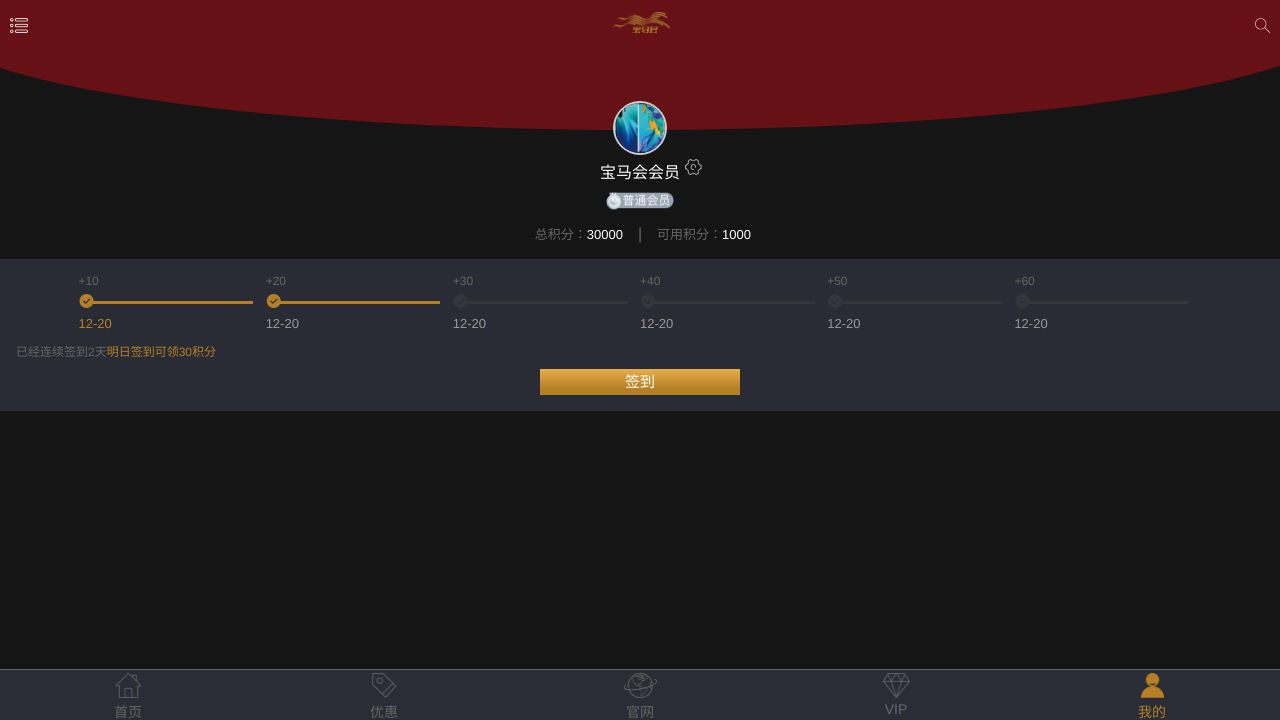
Repository: ada6688/IntegralMall
Page: /Member
These files come from the project's save history. The page is drawn as it stood at one moment and after the next save; the edit follows.
The browser window is 1280 px wide. The pictures show the whole page.
The project was rebuilt for these pictures with package versions that can differ from the ones it lists, and the page was loaded fresh each time. Also part of the build but not shown: src/components/page/notice.vue, src/components/page/shouye.vue, src/components/page/Vip.vue, src/components/page/Youhui.vue, src/router/index.js.

Above is the page before, as saved 2020-01-04 16:18:44.

### index.html
<!DOCTYPE html>
<html>
  <head>
    <meta charset="utf-8">
    <meta name="viewport" content="width=device-width,initial-scale=1.0">
    <title>integralmall</title>
  </head>
  <body>
    <div id="app"></div>
    <!-- built files will be auto injected -->
  </body>
</html>

### src/main.js
// The Vue build version to load with the `import` command
// (runtime-only or standalone) has been set in webpack.base.conf with an alias.
import Vue from 'vue'
import App from './App'
import router from './router'
import ElementUI from 'element-ui'
import 'element-ui/lib/theme-chalk/index.css'
import {Cell, CellGroup, Tabbar, TabbarItem, PullRefresh, Stepper, Tab, Tabs, Button, Row, Col, Swipe, SwipeItem, Lazyload, List, Field, NavBar} from 'vant'
import '../src/assets/css/common.css'
import '../src/assets/css/index.css'
import 'swiper/dist/css/swiper.css'
import VueAwesomeSwiper from 'vue-awesome-swiper'
// import BScroll from 'better-scroll'

// Vue.use(BScroll)
Vue.use(VueAwesomeSwiper)
Vue.use(ElementUI)
Vue.use(Cell).use(CellGroup).use(Tabbar).use(TabbarItem).use(Stepper).use(PullRefresh).use(Tab).use(Tabs).use(Field).use(NavBar).use(Button).use(Row).use(Col).use(Swipe).use(SwipeItem).use(Lazyload).use(List)

Vue.config.productionTip = false

/* eslint-disable no-new */
new Vue({
  el: '#app',
  router,
  components: {
    App
  },
  template: '<App/>'
})
router.beforeEach((to, from, next) => {
  let str = '<p>个人中心</p>'
  if (to.meta.title) {
    document.getElementById('top-logo-change').innerHTML = to.meta.title
    if (to.meta.title === str) {
      document.getElementById('top-nav-right').innerHTML = '<img src="/static/topnav/kf.png" alt="搜索">'
    } else {
      document.getElementById('top-nav-right').innerHTML = '<img src="/static/topnav/ss.png" alt="搜索">'
    }
    // document.title = to.meta.title
  }
  next()
})

### src/App.vue
<template>
  <div id="app">
    <TopNav></TopNav>
    <router-view/>
    <BottomNav></BottomNav>
  </div>
</template>

<script>
import BottomNav from '@/components/common/Bottomnav'
import TopNav from '@/components/common/Topnav'
export default {
  name: 'App',
  components: {
    BottomNav,
    TopNav
  }
}
</script>

<style>
#app {
  font-family: 'Avenir', Helvetica, Arial, sans-serif;
  -webkit-font-smoothing: antialiased;
  -moz-osx-font-smoothing: grayscale;
  text-align: center;
  color: #2c3e50;
  background: #151515;
  height: 100vh;
}
</style>

### src/assets/css/common.css
body,p,ul{
  margin: 0;
  padding: 0;
}
li{
  list-style: none;
}
/* 顶部栏 */
.top-nav{
  width: 100%;
  height: 3rem;
  line-height: 3.5rem;
  background-color: #671116;
  position: fixed;
  top: 0;
  z-index: 99;
}
.top-nav-logo{
  color: #B58024;
}
.top-nav > div{
  display: inline-block;
  height: 100%;
}
.top-nav-left{
  float: left;
  margin-left: 10px;
}
.top-nav-right{
  float: right;
  margin-right: 10px;
}
.banner-item > img{
  width: 100%;
}
.swiper-container{
  height: 7.28rem;
}
.top-nav-t{
  color: #B58024;
}
/* 每个一级页面共有class */
.main-wrap{
  margin-top: 3rem;
  margin-bottom: 3.125rem;
  background: #151515;
}
/* 公告 */
.Notice-sign{
  width: 2rem;
  height: 100%;
  background: url('../images/topnav/lb.png') center no-repeat;
  float: left;
  box-shadow: 1px 0px 5px rgba(0,0,0,0.8);
}
.Notice-textBox {
  width: 100%;
  height: 1.3rem;
  line-height: 1.3rem;
  font-size: .5rem;
  color: #999999;
  background: #2A2D36;
  overflow: hidden;
  position: relative;
  text-align: left;
  z-index: 9;
}
.Notice-text {
  width: 100%;
  padding-left: 42px;
  position: absolute;
  bottom: 0;
}
.slide-enter-active, .slide-leave-active {
  transition: all 0.5s linear;
}
.slide-enter{
  transform: translateY(20px) scale(1);
  opacity: 1;
}
.slide-leave-to {
  transform: translateY(-20px) scale(0.8);
  opacity: 0;
}
/* 底部导航 */
.bottom-tab{
  width:100%;
  height:3.125rem;
  background-color:#2A2D36;
  border-top: 1px solid #656666;
  position: fixed;
  left:0px;
  bottom:0px;
}
.tab-item{
  width: 20%;
  float: left;
  align-items:center;
  justify-content:center;
  font-size:14px;
  color:#666;
  z-index: 999;
}
.NavSigh{
    width:33px;
    margin-top:3px;
}
.on{
  color:#b58023;
}

### src/assets/css/index.css
/****************** 首页商品 *****************/
.products-item{
  width: 46.9%;
  height: 100px;
  padding-right: 2.9%;
  border-right: 1px solid #161616;
  border-bottom: 1px solid #161616;
  background: #292C35;
  float: left;
}
.products-item-even{
  width: 46.9%;
  height: 100px;
  border-bottom: 1px solid #161616;
  background: #292C35;
  padding-left: 2.9%;
  float: left;
}
.product-item-text{
  width: 50%;
  height: 70px;
  color: #ffffff;
  margin-top: 15px;
  float: left;
  text-align: left;
}
.product-item-text p{
  height: 43px;
  font-size: 15px;
  margin-bottom: 5px;
  display: -webkit-box;/*作为弹性伸缩盒子模型显示*/
  -webkit-line-clamp: 2; /*显示的行数；如果要设置2行加...则设置为2*/
  overflow: hidden; /*超出的文本隐藏*/
  text-overflow: ellipsis; /* 溢出用省略号*/
  -webkit-box-orient: vertical;
}
.product-item-text span{
  color: #B58024;
  font-size: 13px;
}
.product-item-img{
  width: 12%;
  height: 100px;
  display: table-cell;
  vertical-align: middle;
  /* float: left; */
}
.product-item-img img{
  max-width: 100%;
}
/******************* 优惠 *******************/
.yh-wrap div{
  padding: 1rem 1rem 0 1rem;
}
.yh-wrap img{
  width: 100%;
}
/******************* VIP *******************/
.level-welfare-wrap, .level-require-wrap{
  padding-bottom: 20px;
}
.VipTop-level-sign{
  display: inline-block;
}
.VipTop-level-text{
  position: absolute;
  bottom: -5px;
}
.vip-level-wrap ul li{
  float: left;
  width: 33.33%;
  height: 79px;
}
.vip-level-wrap ul div{
  width: 34px;
  height: 34px;
  border: 1px solid #CCCCCC;
  border-radius: 17px;
  margin-bottom: 9px;
  display: inline-block;
  vertical-align: middle;
}
.vip-level-wrap ul img{
  margin-top: 7px;
}
.vip-level-wrap ul li>p{
  color: #CCCCCC;
  font-size: 13px;
}
.Vip-level-T{
  color: #ffffff;
  font-size: 16px;
  font-weight: bold;
  text-align: left;
  padding: 15px 0 10px 17px;
  background: #2A2C35;
}
.Vip-level-tips{
  color: #F5BF1B;
  font-size: 13px;
  text-align: left;
  padding: 15px 20px 10px 17px;
  background: #2A2C35;
}
.level-rules-wrap{
  color: #CCCCCC;
  font-size: 12px;
  background: #2A2C35;
  text-align: left;
  padding: 15px 17px 16px 17px;
  margin-bottom: 50px;
}
.level-rules-wrap span{
  font-size: 16px;
  color: #ffffff;
  display: inline-block;
  margin-bottom: 9px;
}
.level-rules-wrap p{
  line-height: 24px;
  /* margin-top: 5px; */
}
.level-rules-wrap p:last-child{
  margin-bottom: 10px;
}
/******************* 个人中心 *******************/
.member-half-circle{
  width: 111%;
  height: 31%;
  border-radius: 50%;
  position: fixed;
  top: -13%;
  background: #661115;
  left: -5.8%;
}
.member-wrap{
  width: 100%;
  position: fixed;
  top: 14%;
}
.member-img{

}
.member-img > img{
  width: 7vh;
  height: 7vh;
  border-radius: 100%;
  border: 2px solid #CCCCCC;
}
.member-name{
  color: #ffffff;
  font-size: 16px;
  position: relative;
}
.member-name img{
  position: absolute;
  margin-left: 5px;
  padding-bottom: 5px;
}
.member-level-sign{
  margin: 8px 0 10px 0;
}
.member-integral{
  text-align: center;
}
.member-integral-slice{
  display: inline-block;
  color: #666666;
  margin: 0 15px;
}
.member-integral span{
  font-size: 13px;
  color: #ffffff;
}
.member-integral p{
  font-size: 13px;
  color: #666666;
  display: inline-block;
}
.member-total{
  width: 42%;
  display: inline-block;
  text-align: right;
}
.member-useful{
  width: 42%;
  display: inline-block;
  text-align: left;
}
.member-signIn{
  background: #2A2C35;
  padding: 15px 1rem 1rem 1rem;
  margin-top: 16px;
}
.member-signIn-status-1{
  width: 15%;
  text-align: left;
  display: inline-block;
}
.member-signIn-in{
  color: #666666;
  font-size: 12px;
  margin-bottom: 5px;
}
.member-signIn-date{
  color: #999899;
  font-size: 13px;
  margin-top: 5px;
}
.member-signIn-date-active{
  color: #B58024;
  font-size: 13px;
  margin-top: 5px;
}
.el-icon-success{
  color: #34363D;
}
.member-signIn-line{
  width: 88%;
  height: 3px;
  display: inline-block;
  background: #34363D;
  margin: 0 -34px 3px -6px;
}
.member-signIn-icon-active{
  color: #B58024 !important;
}
.member-signIn-active{
  background: #B58024 !important;
}
.member-signIn-tips{
  font-size: 12px;
  text-align-last: justify;
  margin-top: 10px;
}
.member-signIn-tips p{
  display: inline-block;
}
.member-signIn-tips p:first-child{
  color: #666666;
}
.member-signIn-tips p:last-child{
  color: #B58024;
}
.member-signIn-button{
  width:200px;
  height:26px;
  line-height: 26px;
  color: #ffffff;
  font-size: 15px;
  margin: 0 auto;
  background:linear-gradient(0deg,rgba(181,128,36,1) 26%,rgba(231,174,75,1) 100%);
  margin-top: 10px;
}

### src/components/common/Bottomnav.vue
<template>
  <div class="bottom-tab">
    <div class="tab-item" @click="switchTo('/shouye')">
      <img class="NavSigh" :src="'/shouye' === $route.path ? tabBarImgArr[0].selected : tabBarImgArr[0].normal" alt="首页">
      <p :class="{on: '/shouye' === $route.path}">首页</p>
    </div>
    <div class="tab-item" @click="switchTo('/Youhui')">
      <img class="NavSigh" :src="'/Youhui' === $route.path ? tabBarImgArr[1].selected : tabBarImgArr[1].normal" alt="推荐">
      <p :class="{on: '/Youhui' === $route.path}">优惠</p>
    </div>
    <div class="tab-item">
      <img class="NavSigh" :src="'/' === $route.path ? tabBarImgArr[2].selected : tabBarImgArr[2].normal" alt="搜索">
      <p :class="{on: '/' === $route.path}">官网</p>
    </div>
    <div class="tab-item" @click="switchTo('/Vip')">
      <img class="NavSigh" :src="'/Vip' === $route.path ? tabBarImgArr[3].selected : tabBarImgArr[3].normal" alt="聊天">
      <p :class="{on: '/Vip' === $route.path}">VIP</p>
    </div>
    <div class="tab-item" @click="switchTo('/Member')">
      <img class="NavSigh" :src="'/Member' === $route.path ? tabBarImgArr[4].selected : tabBarImgArr[4].normal" alt="我的">
      <p :class="{on: '/Member' === $route.path}">我的</p>
    </div>
  </div>
</template>
<script>
export default {
  data () {
    return {
      tabBarImgArr: [
        {normal: require('../../assets/images/navLogo/sy_x.png'), selected: require('../../assets/images/navLogo/sy.png')},
        {normal: require('../../assets/images/navLogo/yh_x.png'), selected: require('../../assets/images/navLogo/yh.png')},
        {normal: require('../../assets/images/navLogo/gw_x.png'), selected: require('../../assets/images/navLogo/gw.png')},
        {normal: require('../../assets/images/navLogo/zs_x.png'), selected: require('../../assets/images/navLogo/zs.png')},
        {normal: require('../../assets/images/navLogo/wd_x.png'), selected: require('../../assets/images/navLogo/wd.png')}
      ]
    }
  },
  methods: {
    switchTo (path) {
      this.$router.replace(path)
    }
  }
}
</script>
<style>

</style>

### src/components/common/Topnav.vue
<template>
  <div class="top-nav">
    <div class="top-nav-left">
      <img src="../../assets/images/topnav/cd.png" alt="菜单">
    </div>
    <div id="top-logo-change" class="top-nav-logo">
      <img src="../../assets/images/topnav/logo.png" alt="logo">
    </div>
    <div id="top-nav-right" class="top-nav-right">
      <img src="../../assets/images/topnav/ss.png" alt="搜索">
    </div>
  </div>
</template>
<script>
export default {
  data () {
    return {
      tabBarImgArr: [
        {normal: require('../../assets/images/topnav/logo.png')},
        {normal: require('../../assets/images/topnav/ss.png')},
        {normal: require('../../assets/images/topnav/cd.png')}
      ]
    }
  }
}
</script>
<style>

</style>

### src/components/page/Member.vue
<template>
  <div>
    <div class="member-half-circle"></div>
    <div class="member-wrap">
      <!-- 会员信息 -->
      <div class="member-person-info">
        <!-- 会员头像 -->
        <div class="member-img">
          <img src="../../assets/images/products/hw.png" alt="">
        </div>
        <!-- 会员名称与设置图标 -->
        <p class="member-name">
          <span>宝马会会员</span>
          <img src="../../assets/images/member/sz.png" alt="">
        </p>
        <!-- 会员等级图标 -->
        <div class="member-level-sign">
          <img src="../../assets/images/member/pt.png" alt="">
        </div>
        <div class="member-integral">
          <div class="member-total">
            <p>总积分：</p>
            <span>30000</span>
          </div>
          <div class="member-integral-slice">|</div>
          <div class="member-useful">
            <p>可用积分：</p>
            <span>1000</span>
          </div>
        </div>
      </div>
      <!-- 签到 -->
      <div class="member-signIn">
        <div class="member-signIn-status">
          <!-- 签到进度条 -->
          <div class="member-signIn-status-1">
            <p class="member-signIn-in">+10</p>
            <i class="el-icon-success member-signIn-icon-active"></i>
            <span class="member-signIn-line member-signIn-active"></span>
            <p class="member-signIn-date-active">12-20</p>
          </div>
          <div class="member-signIn-status-1">
            <p class="member-signIn-in">+20</p>
            <i class="el-icon-success member-signIn-icon-active"></i>
            <span class="member-signIn-line member-signIn-active"></span>
            <p class="member-signIn-date">12-20</p>
          </div>
          <div class="member-signIn-status-1">
            <p class="member-signIn-in">+30</p>
            <i class="el-icon-success"></i>
            <span class="member-signIn-line"></span>
            <p class="member-signIn-date">12-20</p>
          </div>
          <div class="member-signIn-status-1">
            <p class="member-signIn-in">+40</p>
            <i class="el-icon-success"></i>
            <span class="member-signIn-line"></span>
            <p class="member-signIn-date">12-20</p>
          </div>
          <div class="member-signIn-status-1">
            <p class="member-signIn-in">+50</p>
            <i class="el-icon-success"></i>
            <span class="member-signIn-line"></span>
            <p class="member-signIn-date">12-20</p>
          </div>
          <div class="member-signIn-status-1">
            <p class="member-signIn-in">+60</p>
            <i class="el-icon-success"></i>
            <span class="member-signIn-line"></span>
            <p class="member-signIn-date">12-20</p>
          </div>
          <div class="member-signIn-tips">
            <p>已经连续签到2天</p>
            <p>明日签到可领30积分</p>
          </div>
          <!-- 签到按钮 -->
          <div class="member-signIn-button">签到</div>
        </div>
      </div>
      <!-- 积分明细，兑换记录，积分详情疑问规则等 -->
      <div></div>
    </div>
  </div>
</template>
<script>
export default {
  name: 'App',
  components: {
  },
  data () {
    return {
      active: 0
    }
  }
}
</script>
<style>

</style>

After the next save:
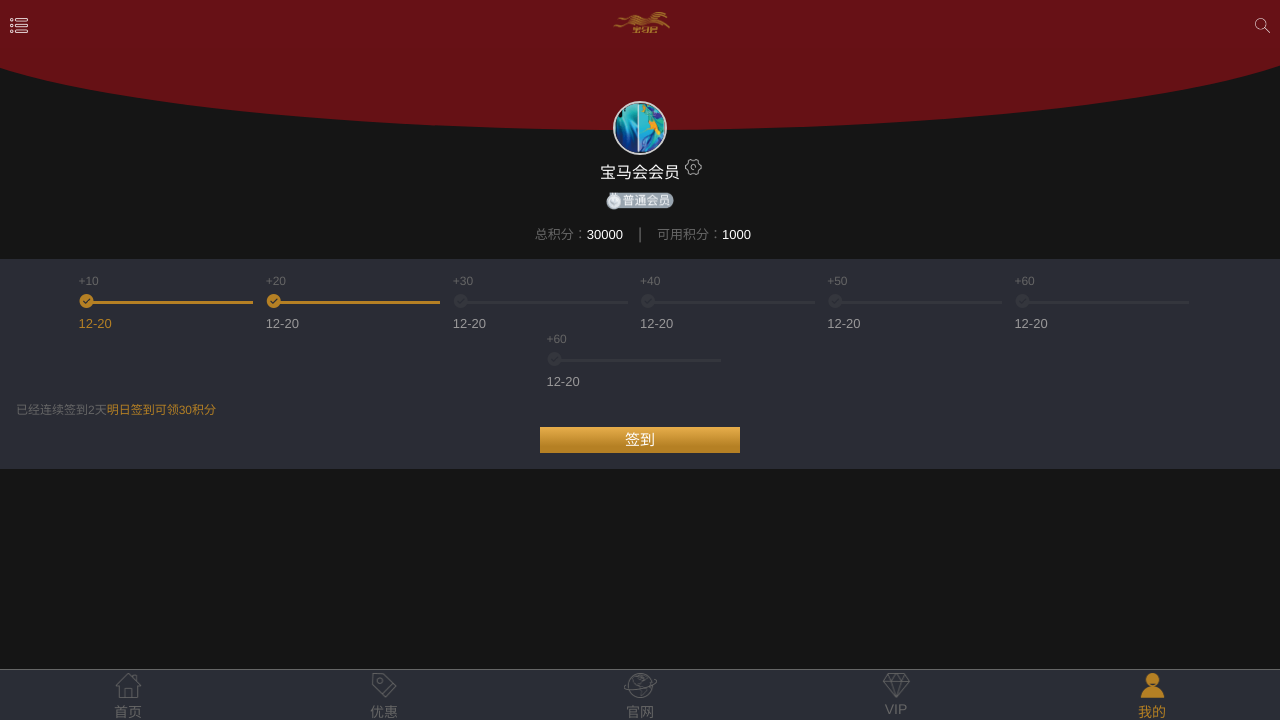
Saved 21 s later.
--- a/src/components/page/Member.vue
+++ b/src/components/page/Member.vue
@@ -69,6 +69,12 @@
             <span class="member-signIn-line"></span>
             <p class="member-signIn-date">12-20</p>
           </div>
+          <div class="member-signIn-status-1">
+            <p class="member-signIn-in">+60</p>
+            <i class="el-icon-success"></i>
+            <span class="member-signIn-line"></span>
+            <p class="member-signIn-date">12-20</p>
+          </div>
           <div class="member-signIn-tips">
             <p>已经连续签到2天</p>
             <p>明日签到可领30积分</p>
